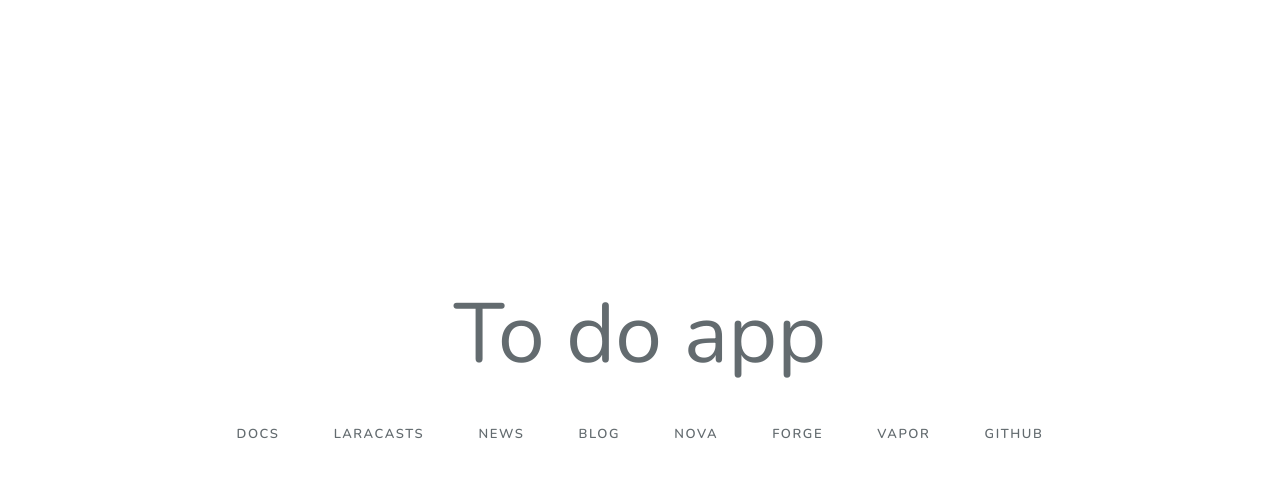
Repository: Azariagmt/laravel-to-do-app
Page: http://localhost/
An editor plug-in stored every save of this project. The page is shown before and after the next save, followed by the edit.
The browser window is 1280 px wide. The pictures show the whole page.
The page is served by the project's Laravel application, run on PHP 8.4 with Laravel 8. Other server files are loaded and not shown.

Above is the page before, as saved 2020-04-27 15:10:30.

### routes/web.php
<?php

use Illuminate\Support\Facades\Route;

/*
|--------------------------------------------------------------------------
| Web Routes
|--------------------------------------------------------------------------
|
| Here is where you can register web routes for your application. These
| routes are loaded by the RouteServiceProvider within a group which
| contains the "web" middleware group. Now create something great!
|
*/

Route::get('/', function () {
    return view('welcome');
});

Route::get('/other', function(){
    return view('other');
});

### resources/views/welcome.blade.php
<!DOCTYPE html>
<html lang="{{ str_replace('_', '-', app()->getLocale()) }}">
    <head>
        <meta charset="utf-8">
        <meta name="viewport" content="width=device-width, initial-scale=1">

        <title>Laravel</title>

        <!-- Fonts -->
        <link href="https://fonts.googleapis.com/css?family=Nunito:200,600" rel="stylesheet">

        <!-- Styles -->
        <style>
            html, body {
                background-color: #fff;
                color: #636b6f;
                font-family: 'Nunito', sans-serif;
                font-weight: 200;
                height: 100vh;
                margin: 0;
            }

            .full-height {
                height: 100vh;
            }

            .flex-center {
                align-items: center;
                display: flex;
                justify-content: center;
            }

            .position-ref {
                position: relative;
            }

            .top-right {
                position: absolute;
                right: 10px;
                top: 18px;
            }

            .content {
                text-align: center;
            }

            .title {
                font-size: 84px;
            }

            .links > a {
                color: #636b6f;
                padding: 0 25px;
                font-size: 13px;
                font-weight: 600;
                letter-spacing: .1rem;
                text-decoration: none;
                text-transform: uppercase;
            }

            .m-b-md {
                margin-bottom: 30px;
            }
        </style>
    </head>
    <body>
        <div class="flex-center position-ref full-height">
            @if (Route::has('login'))
                <div class="top-right links">
                    @auth
                        <a href="{{ url('/home') }}">Home</a>
                    @else
                        <a href="{{ route('login') }}">Login</a>

                        @if (Route::has('register'))
                            <a href="{{ route('register') }}">Register</a>
                        @endif
                    @endauth
                </div>
            @endif

            <div class="content">
                <div class="title m-b-md">
                   To do app
                </div>

                <div class="links">
                    <a href="https://laravel.com/docs">Docs</a>
                    <a href="https://laracasts.com">Laracasts</a>
                    <a href="https://laravel-news.com">News</a>
                    <a href="https://blog.laravel.com">Blog</a>
                    <a href="https://nova.laravel.com">Nova</a>
                    <a href="https://forge.laravel.com">Forge</a>
                    <a href="https://vapor.laravel.com">Vapor</a>
                    <a href="https://github.com/laravel/laravel">GitHub</a>
                </div>
            </div>
        </div>
    </body>
</html>

After the next save:
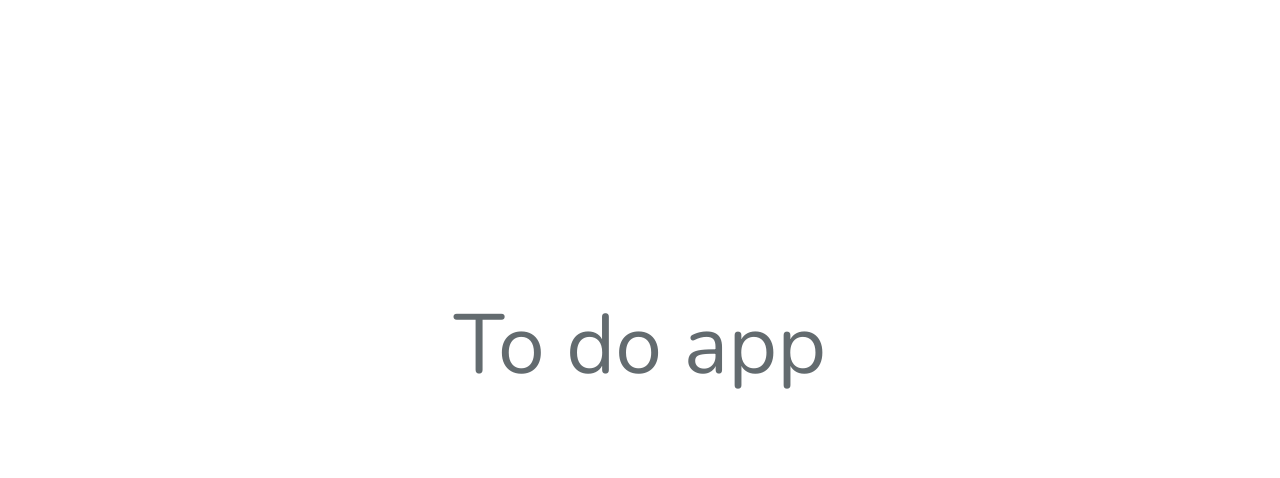
Saved 4 s later.
--- a/resources/views/welcome.blade.php
+++ b/resources/views/welcome.blade.php
@@ -84,16 +84,6 @@
                    To do app
                 </div>
 
-                <div class="links">
-                    <a href="https://laravel.com/docs">Docs</a>
-                    <a href="https://laracasts.com">Laracasts</a>
-                    <a href="https://laravel-news.com">News</a>
-                    <a href="https://blog.laravel.com">Blog</a>
-                    <a href="https://nova.laravel.com">Nova</a>
-                    <a href="https://forge.laravel.com">Forge</a>
-                    <a href="https://vapor.laravel.com">Vapor</a>
-                    <a href="https://github.com/laravel/laravel">GitHub</a>
-                </div>
             </div>
         </div>
     </body>
